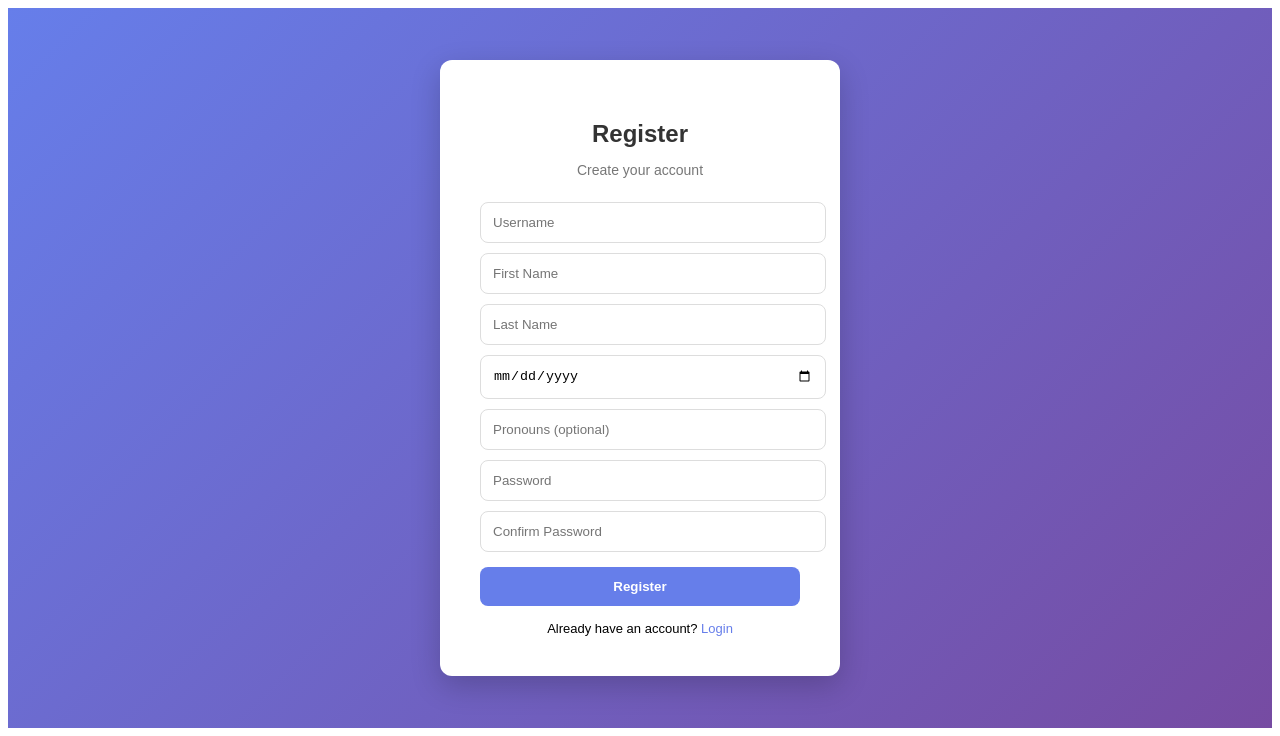
Repository: BMXracer44/CalendarConnect
Page: /register (app in frontend/)
These files come from the project's save history. The page is drawn as it stood at one moment and after the next save; the edit follows.
The browser window is 1280 px wide. The pictures show the whole page.
The project was rebuilt for these pictures with package versions that can differ from the ones it lists, and the page was loaded fresh each time. Also part of the build but not shown: frontend/src/pages/Login.jsx.

Above is the page before, as saved 2026-04-01 12:11:49.

After the next save:
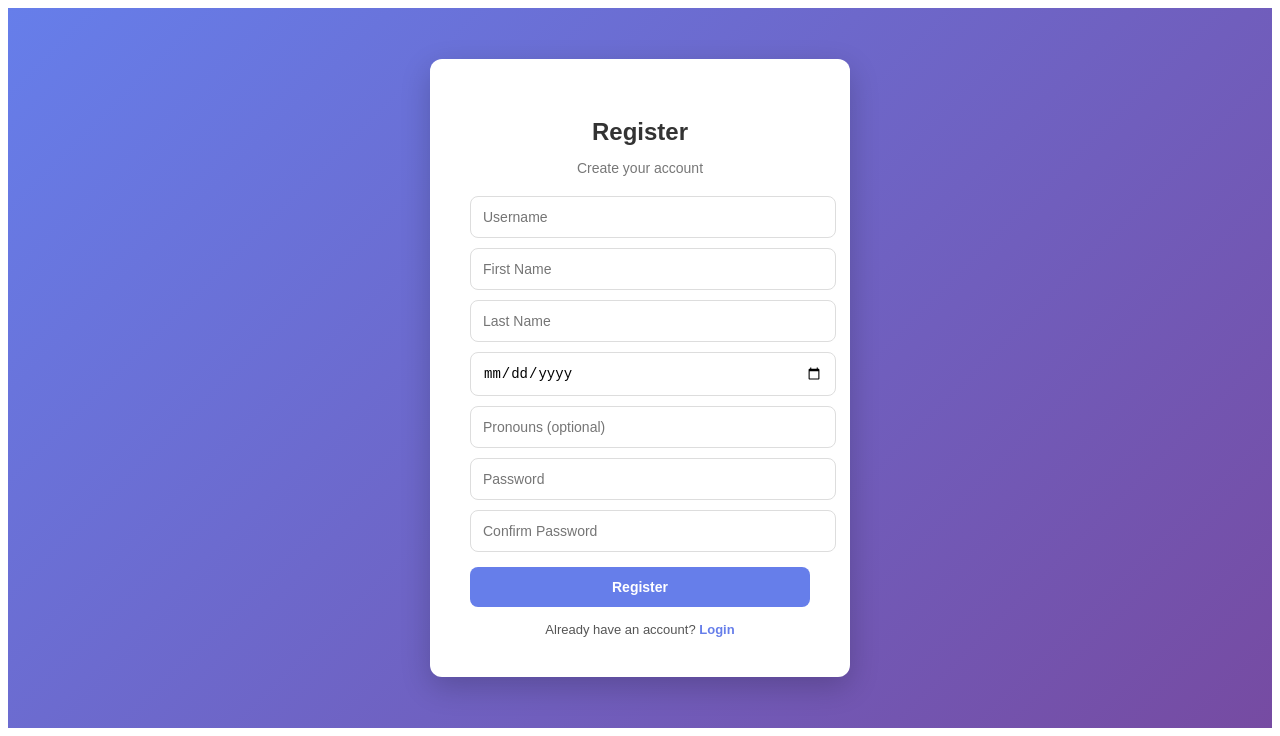
Saved 58 s later.
--- a/frontend/src/index.css
+++ b/frontend/src/index.css
@@ -1,4 +1,4 @@
-/* Center page */
+/* ===== PAGE WRAPPER (Login + Register shared) ===== */
 .login-container {
   height: 100vh;
   display: flex;
@@ -8,29 +8,30 @@
   font-family: Arial, sans-serif;
 }
 
-/* Card */
+/* ===== CARD (shared layout) ===== */
 .login-card {
   background: white;
   padding: 40px;
   border-radius: 12px;
-  width: 320px;
+  width: 340px; /* slightly wider for register */
   box-shadow: 0 10px 30px rgba(0,0,0,0.2);
   text-align: center;
 }
 
-/* Title */
+/* ===== TITLES ===== */
 .login-card h2 {
-  margin-bottom: 10px;
+  margin-bottom: 8px;
   color: #333;
 }
 
-/* Subtitle */
+/* optional subtitle (Register uses this too) */
 .login-card p {
   color: #777;
   font-size: 14px;
+  margin-bottom: 10px;
 }
 
-/* Inputs */
+/* ===== INPUTS (works for BOTH login & register) ===== */
 .login-card input {
   width: 100%;
   padding: 12px;
@@ -39,13 +40,16 @@
   border-radius: 8px;
   outline: none;
   transition: 0.2s;
+  font-size: 14px;
 }
 
+/* focus effect */
 .login-card input:focus {
   border-color: #667eea;
+  box-shadow: 0 0 4px rgba(102, 126, 234, 0.3);
 }
 
-/* Button */
+/* ===== BUTTON ===== */
 .login-card button {
   width: 100%;
   padding: 12px;
@@ -57,19 +61,32 @@
   cursor: pointer;
   font-weight: bold;
   transition: 0.2s;
+  font-size: 14px;
 }
 
 .login-card button:hover {
   background: #5a67d8;
 }
 
-/* Bottom text */
+/* ===== BOTTOM TEXT ===== */
 .bottom-text {
   margin-top: 15px;
   font-size: 13px;
+  color: #555;
 }
 
 .bottom-text a {
   color: #667eea;
   text-decoration: none;
+  font-weight: bold;
 }
+
+.bottom-text a:hover {
+  text-decoration: underline;
+}
+
+/* ===== OPTIONAL: REGISTER-SPECIFIC IMPROVEMENT ===== */
+/* Makes register forms feel slightly more spacious */
+.register-extra-spacing input {
+  margin-top: 8px;
+}
